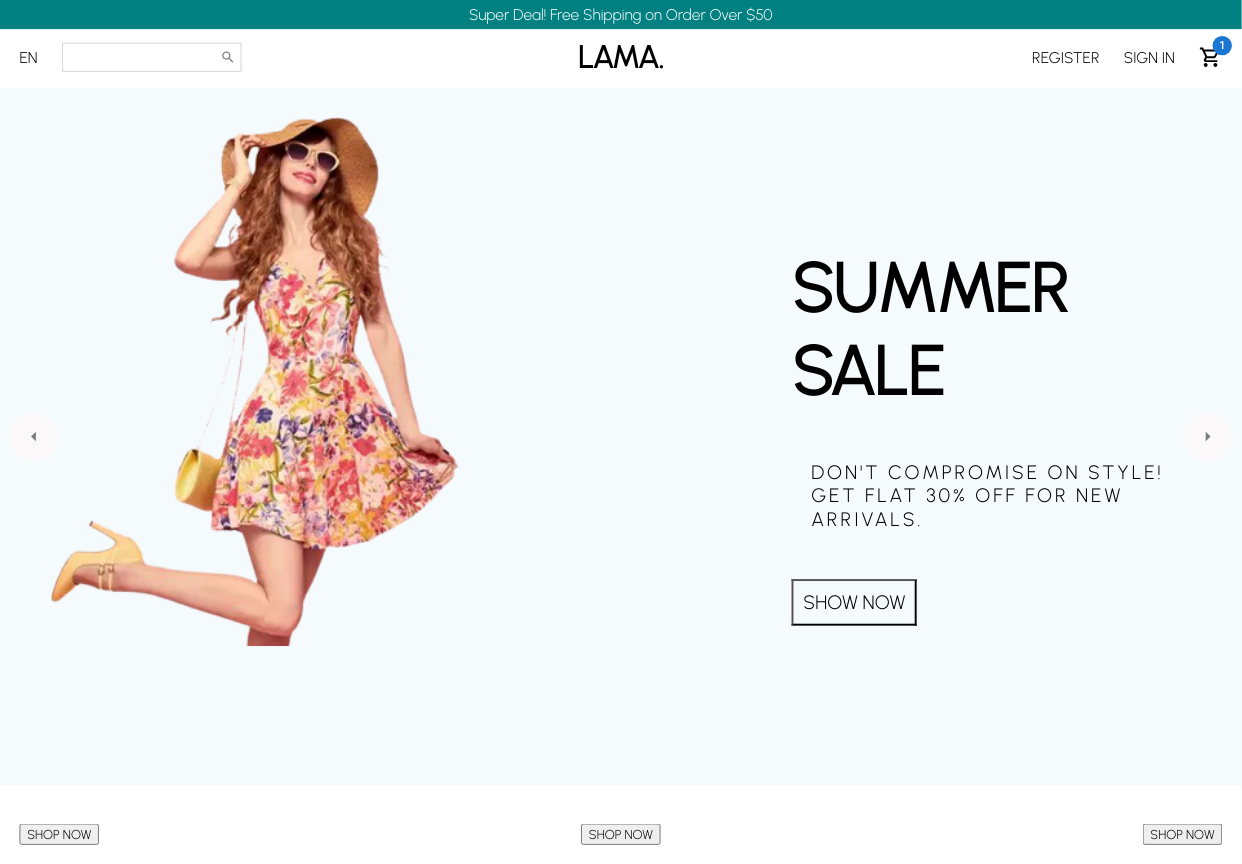
Repository: kmvaghela/ECOMMERCE
Page: /
These files come from the project's save history. The page is drawn as it stood at one moment and after the next save; the edit follows.
The browser window is 1280 px wide. The pictures show the whole page, at 97% of full size.
The project was rebuilt for these pictures with package versions that can differ from the ones it lists, and the page was loaded fresh each time.

Above is the page before, as saved 2022-02-22 20:40:14.

### public/index.html
<!DOCTYPE html>
<html lang="en">

<head>
  <meta charset="utf-8" />
  <meta name="viewport" content="width=device-width, initial-scale=1" />
  <meta name="description" content="Web site created using create-react-app" />
  <link href="https://fonts.googleapis.com/css2?family=Urbanist:wght@100;200;300&display=swap" rel="stylesheet">
  <style>
    * {
      margin: 0;
      font-family: 'Urbanist', sans-serif;
    }
  </style>
  <title>React App</title>
</head>

<body>
  <noscript>You need to enable JavaScript to run this app.</noscript>
  <div id="root"></div>
</body>

</html>

### src/pages/Home.jsx
import React from "react";
import Announcement from "../components/Announcement";
import Categories from "../components/Categories";
import Navbar from "../components/Navbar";
import Slider from "../components/Slider";
const Home = () => {
  return (
    <div>
      <Announcement />
      <Navbar />
      <Slider />
      <Categories />
    </div>
  );
};
export default Home;

### src/components/Announcement.jsx
import styled from "styled-components";

const Container = styled.div`
  height: 30px;
  background-color: teal;
  color: white;
  display: flex;
  align-items: center;
  justify-content: center;
  font-size: 14;
  font-weight: 500;
`;

const Announcement = () => {
  return (
    <Container>
      Super Deal! Free Shipping on Order Over $50
    </Container>
  );
};

export default Announcement;

### src/components/Categories.jsx
import styled from "styled-components";
import { categories } from "../data";
import CategoryItem from "./CategoryItem";

const Container = styled.div`
  display: flex;
  padding: 20px;
  justify-content: space-between;
`;

const Categories = () => {
  return (
    <Container>
      {categories.map((item) => (
        <CategoryItem item={item} />
      ))}
    </Container>
  );
};

export default Categories;

### src/components/Navbar.jsx
import React from "react";
import styled from "styled-components";
import SearchOutlinedIcon from "@mui/icons-material/SearchOutlined";
import ShoppingCartOutlinedIcon from "@mui/icons-material/ShoppingCartOutlined";
import Badge from "@mui/material/Badge";

const Container = styled.div`
  height: 60px;
`;
const Wrapper = styled.div`
  padding: 10px 20px;
  display: flex;
  align-items: center;
  justify-content: space-between;
`;
const Left = styled.div`
  flex: 1;
  display: flex;
  align-items: center;
`;
const Language = styled.span`
  font-size: 14;
  cursor: pointer;
`;
const SearchContainer = styled.div`
  border: 0.5px solid lightgray;
  display: flex;
  align-items: center;
  margin-left: 25px;
  padding: 5px;
`;
const Input = styled.input`
  border: none;
`;

const Center = styled.div`
  flex: 2;
`;
const Logo = styled.h1`
  font-weight: bold;
  text-align: center;
`;

const Right = styled.div`
  flex: 1;
  display: flex;
  align-items: center;
  justify-content: flex-end;
`;
const MenuItem = styled.div`
  font-size: 14;
  cursor: pointer;
  margin-left: 25px;
`;

const Navbar = () => {
  return (
    <Container>
      <Wrapper>
        <Left>
          <Language>EN</Language>
          <SearchContainer>
            <Input />
            <SearchOutlinedIcon style={{color:"gray",fontSize:16}}/>
          </SearchContainer>
        </Left>
        <Center>
          <Logo>LAMA.</Logo>
        </Center>
        <Right>
          <MenuItem>REGISTER</MenuItem>
          <MenuItem>SIGN IN</MenuItem>
          <MenuItem>
            <Badge badgeContent={1} color="primary">
              <ShoppingCartOutlinedIcon />
            </Badge>
          </MenuItem>
        </Right>
      </Wrapper>
    </Container>
  );
};
export default Navbar;

### src/components/Slider.jsx
import React, { useState } from "react";
import styled from "styled-components";
import { ArrowLeftOutlined, ArrowRightOutlined } from "@mui/icons-material";
import { sliderItems } from "../data";
const Container = styled.div`
  width: 100%;
  height: 100vh;
  display: flex;
  position: relative;
  overflow: hidden;
`;
const Arrow = styled.div`
  width: 50px;
  height: 50px;
  background-color: #fff7f7;
  border-radius: 50%;
  display: flex;
  align-items: center;
  justify-content: center;
  position: absolute;
  top: 0;
  bottom: 0;
  left: ${(props) => props.direction === "left" && "10px"};
  right: ${(props) => props.direction === "right" && "10px"};
  margin: auto;
  cursor: pointer;
  opacity: 0.5;
  z-index: 2;
`;

const Wrapper = styled.div`
  height: 100%;
  display: flex;
  transform: translateX(${(props) => props.slideIndex * -100}vw);
  transition: all 1.5s ease;
`;

const Slide = styled.div`
  width: 100vw;
  height: 100vh;
  display: flex;
  align-items: center;
  background-color: ${(props) => props.bg};
`;
const ImgContainer = styled.div`
  height: 100%;
  flex: 1;
`;
const InfoContainer = styled.div`
  flex: 1;
  padding: 50px;
`;
const Image = styled.img`
  height: 80%;
`;

const Title = styled.h1`
  font-size: 70px;
`;
const Desc = styled.p`
  margin: 50px 20px;
  font-size: 20px;
  font-weight: 500;
  letter-spacing: 3px;
`;
const Button = styled.button`
  padding: 10px;
  font-size: 20px;
  background-color: transparent;
  cursor: pointer;
`;

const Slider = () => {
  const [slideIndex, setSlideIndex] = useState(0);
  const handleClick = (direction) => {
    if (direction === "left") {
      setSlideIndex(slideIndex > 0 ? slideIndex - 1 : 2);
    } else {
      setSlideIndex(slideIndex < 2 ? slideIndex + 1 : 0);
    }
  };
  return (
    <Container>
      <Arrow direction="left" onClick={() => handleClick("left")}>
        <ArrowLeftOutlined />
      </Arrow>
      <Wrapper slideIndex={slideIndex}>
        {sliderItems.map((item) => (
          <Slide bg={item.bg}>
            <ImgContainer>
              <Image src={item.img} alt="" />
            </ImgContainer>
            <InfoContainer>
              <Title>{item.title}</Title>
              <Desc>{item.desc}</Desc>
              <Button>SHOW NOW</Button>
            </InfoContainer>
          </Slide>
        ))}
      </Wrapper>
      <Arrow direction="right" onClick={() => handleClick("right")}>
        <ArrowRightOutlined />
      </Arrow>
    </Container>
  );
};

export default Slider;

### src/data.js
import img1 from "./assets/1.png";

export const sliderItems = [
    {
        id: 1,
        img: img1,
        title: "SUMMER SALE",
        desc: "DON'T COMPROMISE ON STYLE! GET FLAT 30% OFF FOR NEW ARRIVALS.",
        bg: "#f5fafd",
    },
    {
        id: 2,
        img: img1,
        title: "AUTUMN COLLECTION",
        desc: "DON'T COMPROMISE ON STYLE! GET FLAT 30% OFF FOR NEW ARRIVALS.",
        bg: "#fcf1ed",
    },
    {
        id: 3,
        img: img1,
        title: "LOUNGEWEAR LOVE",
        desc: "DON'T COMPROMISE ON STYLE! GET FLAT 30% OFF FOR NEW ARRIVALS.",
        bg: "#fbf0f4",
    }
];

export const categories = [
    {
        id: 1,
        img: img1,
        title: "SHIRT STYLE!",
    },
    {
        id: 2,
        img: img1,
        title: "LOUNGEWEAR LOVE",
    },
    {
        id: 3,
        img: img1,
        title: "LIGHT JACKETS",
    }
];

### src/components/CategoryItem.jsx
import React from "react";
import styled from "styled-components";

const Container = styled.div``;

const Image = styled.img``;
const Info = styled.div``;
const Title = styled.h1``;
const Button = styled.button``;

const CategoryItem = (item) => {
  return (
    <Container>
      <Image src={item.img} alt="" />
      <Info>
        <Title>{item.title}</Title>
        <Button>SHOP NOW</Button>
      </Info>
    </Container>
  );
};

export default CategoryItem;

Loaded but not shown: src/index.js (common file); src/App.jsx (common file)

After the next save:
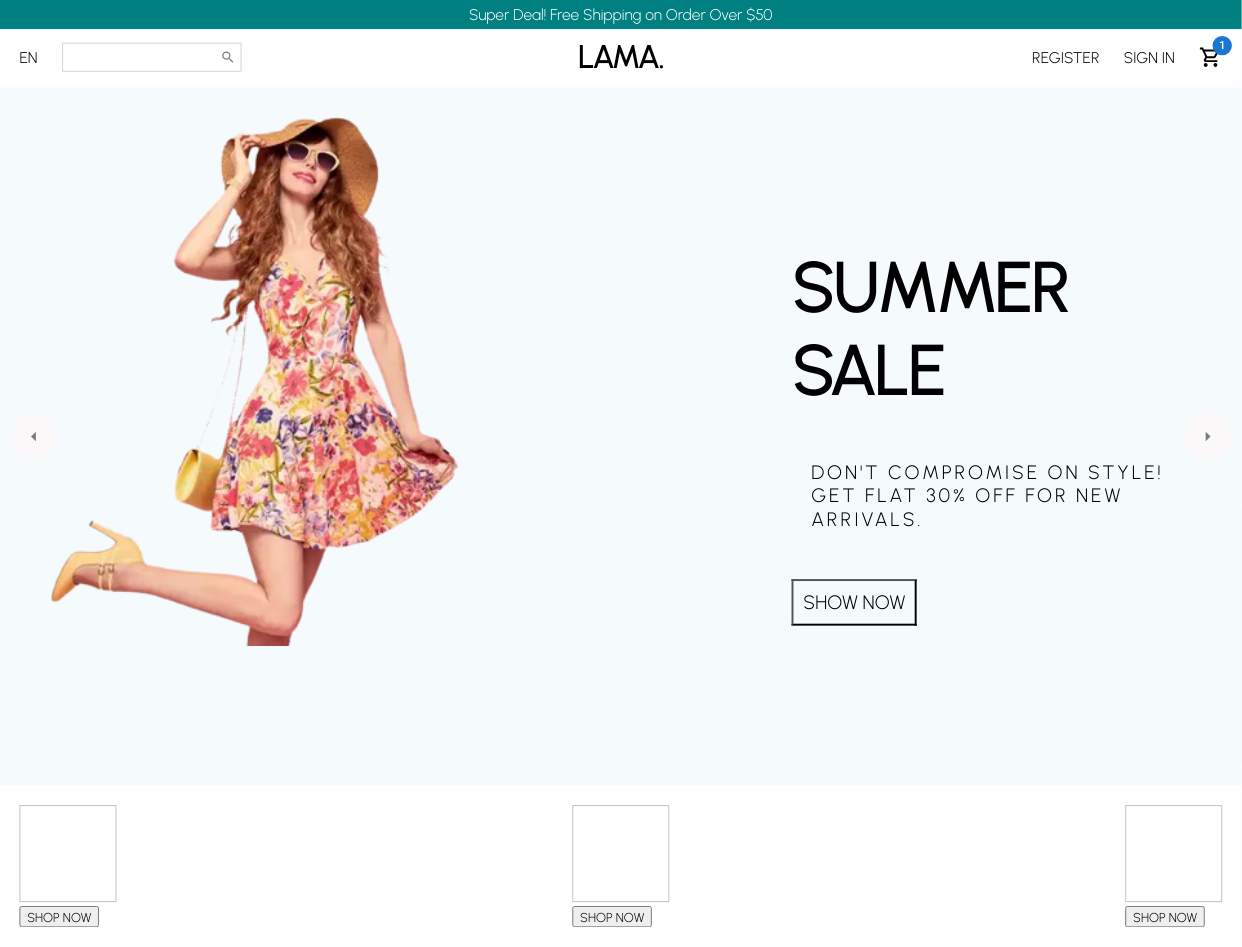
Saved 3 min 8 s later.
--- a/src/components/CategoryItem.jsx
+++ b/src/components/CategoryItem.jsx
@@ -3,7 +3,10 @@
 
 const Container = styled.div``;
 
-const Image = styled.img``;
+const Image = styled.img`
+height:100px;
+width:100px;
+`;
 const Info = styled.div``;
 const Title = styled.h1``;
 const Button = styled.button``;
